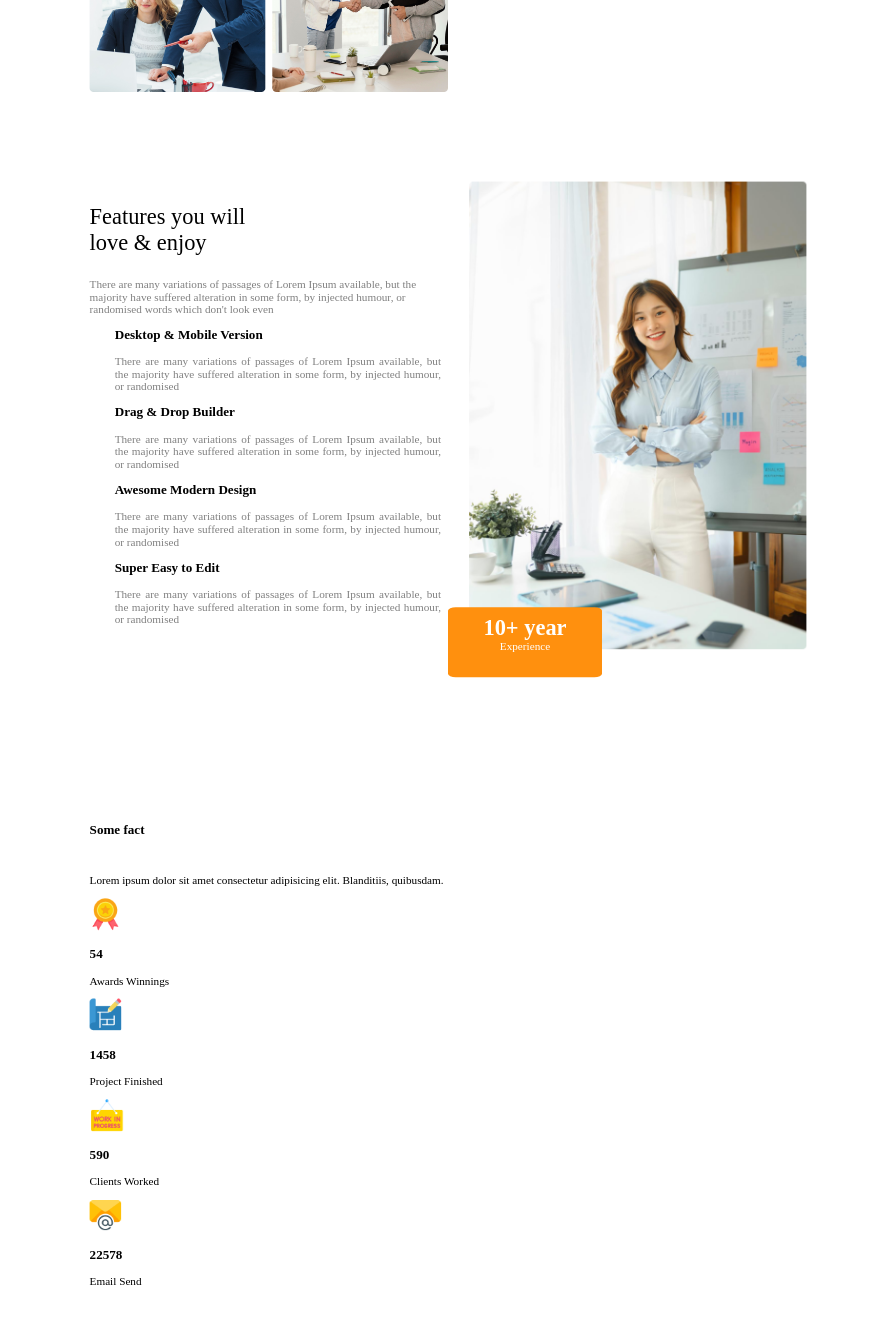
Repository: sadiaafsana138/Architect
Page: index.html
The author's editor kept a copy of each file at every save. The page is drawn from the files as they stood at one save, then again after the next save.
The browser window is 1280 px wide. The pictures show the part of the page from y = 1458 to 3378 px (the page is 3378 px tall before and 2949 px after), at 70% of full size.

Above is the page before, as saved 2023-01-16 17:58:32.

After the next save:
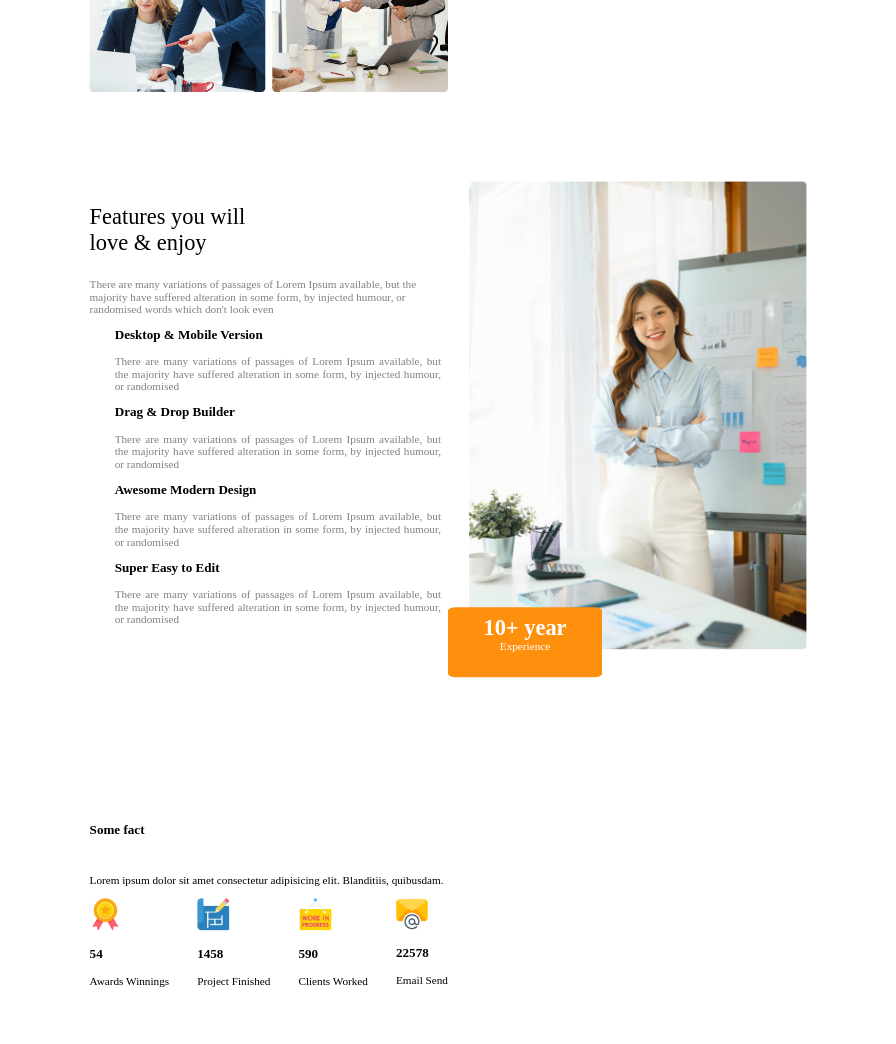
Saved 111 s later.
--- a/style.css
+++ b/style.css
@@ -212,7 +212,11 @@
   margin-right: 10px;
 }
 /*--section-4 Some Facts*/
-
+#sec4items{
+  display: flex;
+  justify-content: space-between;
+
+}
 
 
 
